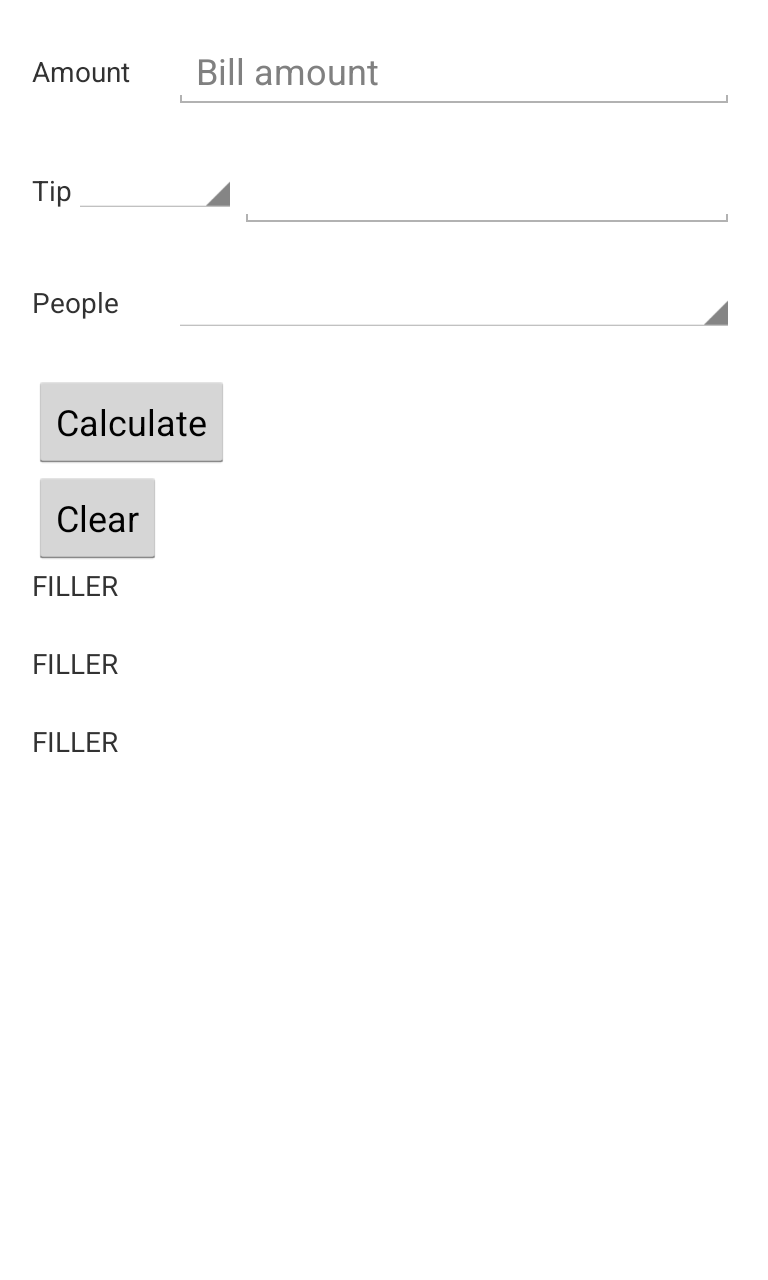
Repository: ericMedeiros93/Android-Dev
Layout: TipSplit/res/layout/activity_main.xml
An editor plug-in stored every save of this project. The layout is shown before and after the next save, followed by the edit.
It is drawn on a 768 x 1280 px phone screen (xhdpi) without system bars, with theme AppTheme; the app's code is not run.

Above is the layout before, as saved 2014-09-12 15:45:02.

### TipSplit/res/layout/activity_main.xml
<LinearLayout xmlns:android="http://schemas.android.com/apk/res/android"
    xmlns:tools="http://schemas.android.com/tools"
    android:layout_width="match_parent"
    android:layout_height="match_parent"
    android:orientation="vertical"
    android:paddingBottom="@dimen/activity_vertical_margin"
    android:paddingLeft="@dimen/activity_horizontal_margin"
    android:paddingRight="@dimen/activity_horizontal_margin"
    android:paddingTop="@dimen/activity_vertical_margin"
    tools:context="com.ericmedeiros.tipsplit.MainActivity" >

    <LinearLayout
        android:layout_width="match_parent"
        android:layout_height="wrap_content"
        android:paddingBottom="20dp" >

        <TextView
            android:layout_width="0dp"
            android:layout_height="wrap_content"
            android:layout_weight="1"
            android:layout_gravity="center_vertical"
            android:text="@string/amount_label" />

        <EditText
            android:id="@+id/bill"
            android:layout_width="0dp"
            android:layout_height="wrap_content"
            android:layout_gravity="right"
            android:layout_weight="4"
            android:hint="@string/amount_hint"
            android:inputType="numberDecimal" />
    </LinearLayout>

    <LinearLayout
        android:layout_width="match_parent"
        android:layout_height="wrap_content"
        android:paddingBottom="20dp" >

        <TextView
            android:layout_width="wrap_content"
            android:layout_height="wrap_content"
            android:layout_gravity="center_vertical"
            android:text="@string/tip_label" />

        <Spinner
            android:id="@+id/tip_amounts"
            android:layout_width="0dp"
            android:layout_height="wrap_content"
            android:layout_gravity="right"
            android:layout_weight="1" />
        <EditText
            android:id="@+id/otherAmount"
            android:layout_width="0dp"
            android:layout_height="wrap_content"
            android:layout_gravity="right"
            android:layout_weight="3"
            android:hint=""
            android:inputType="none" />
    </LinearLayout>

    <LinearLayout
        android:layout_width="match_parent"
        android:layout_height="wrap_content"
            android:layout_gravity="left"
        android:paddingBottom="20dp" >

        <TextView
            android:layout_width="0dp"
            android:layout_height="wrap_content"
            android:layout_weight="1"
            android:layout_gravity="center_vertical"
            android:text="@string/people_label" />

        <Spinner
            android:id="@+id/people_amount"
            android:layout_width="0dp"
            android:layout_height="wrap_content"
            android:layout_gravity="right"
            android:layout_weight="4" />
    </LinearLayout>

    <LinearLayout
        android:layout_width="match_parent"
        android:layout_height="wrap_content"
        android:orientation="vertical">

        <Button
            android:id="@+id/calculate"
            android:layout_width="wrap_content"
            android:layout_height="wrap_content"
            android:text="@string/calculate"
            />

        <Button
            android:id="@+id/clear"
            android:layout_width="wrap_content"
            android:layout_height="wrap_content"
            android:text="@string/clear"
            />

        <TextView
            android:id="@+id/tipTotal"
            android:layout_width="match_parent"
            android:layout_height="wrap_content"
            android:paddingBottom="20dp"
            android:text="FILLER"
            />
        <TextView
            android:id="@+id/total"
            android:layout_width="match_parent"
            android:layout_height="wrap_content"
            android:paddingBottom="20dp"
            android:text="FILLER"
            />
        <TextView
            android:id="@+id/split"
            android:layout_width="match_parent"
            android:layout_height="wrap_content"
            android:text="FILLER"
            />
    </LinearLayout>

</LinearLayout>

### TipSplit/res/values/strings.xml
<?xml version="1.0" encoding="utf-8"?>
<resources>

    <string name="app_name">TipSplit</string>
    <string name="hello_world">Hello world!</string>
    <string name="action_settings">Settings</string>
    <string name="tip_label">Tip</string>
    <string name="amount_label">Amount</string>
    <string name="amount_hint">Bill amount</string>
    <string name="people_label">People</string>
    <string name="calculate">Calculate</string>
    <string name="clear">Clear</string>

    <string-array name="tip">
        <item>10%</item>
        <item>15%</item>
        <item>20%</item>
        <item>Other</item>
    </string-array>

    <string-array name="people">
        <item>1</item>
        <item>2</item>
        <item>3</item>
        <item>4</item>
        <item>5</item>
        <item>6</item>
        <item>7</item>
        <item>8</item>
        <item>9</item>
        <item>10</item>
    </string-array>

</resources>

Loaded but not shown: TipSplit/res/values/styles.xml (common file); TipSplit/res/values-v11/styles.xml (common file); TipSplit/res/values-v14/styles.xml (common file); TipSplit/res/values/dimens.xml (common file); TipSplit/res/values-w820dp/dimens.xml (common file)

After the next save:
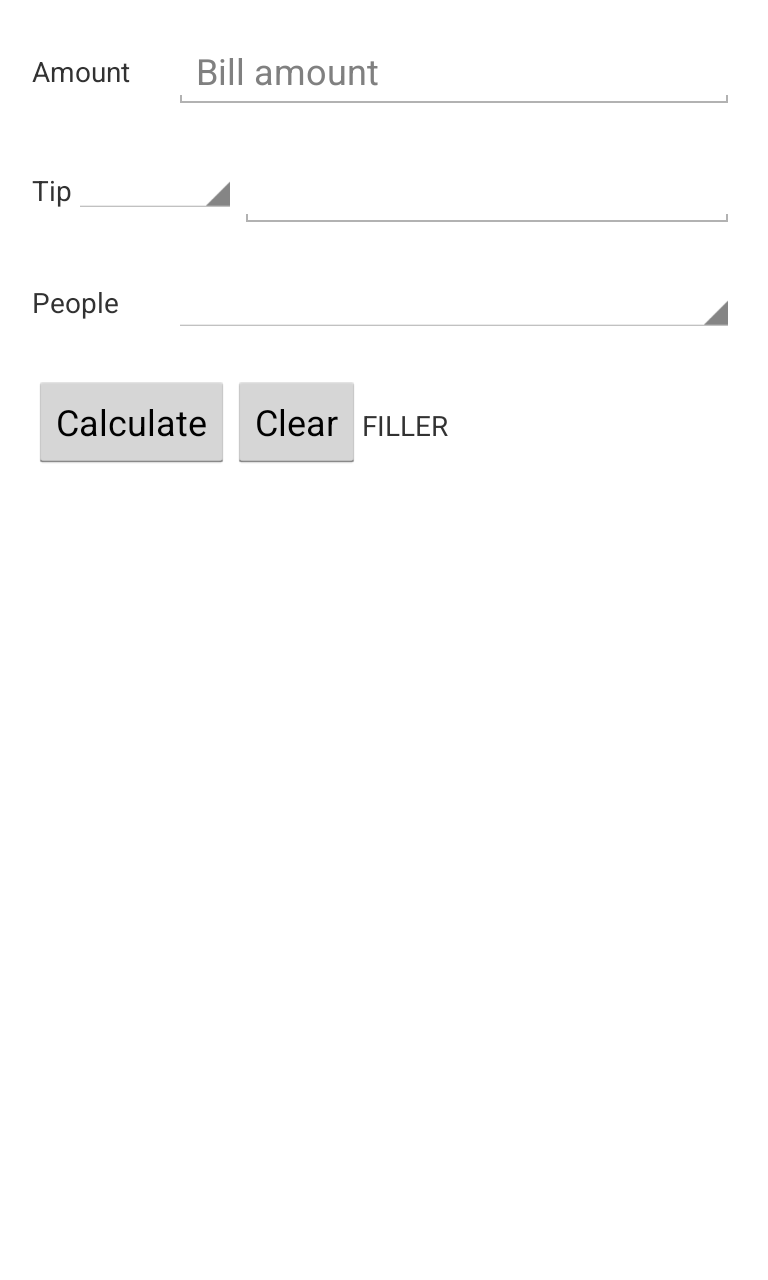
Saved 21 s later.
--- a/TipSplit/res/layout/activity_main.xml
+++ b/TipSplit/res/layout/activity_main.xml
@@ -82,7 +82,7 @@
     <LinearLayout
         android:layout_width="match_parent"
         android:layout_height="wrap_content"
-        android:orientation="vertical">
+        android:orientation="horizontal">
 
         <Button
             android:id="@+id/calculate"

After the save that followed:
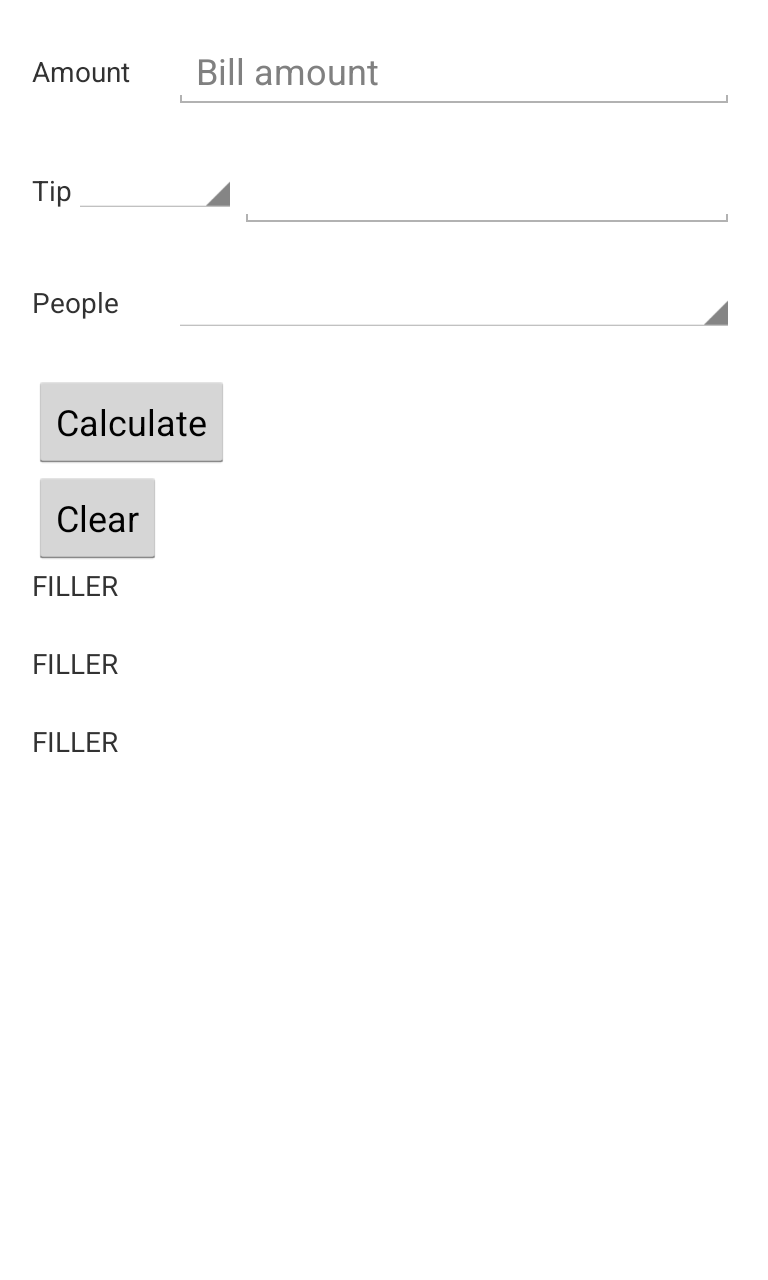
Saved 23 s later.
--- a/TipSplit/res/layout/activity_main.xml
+++ b/TipSplit/res/layout/activity_main.xml
@@ -82,7 +82,7 @@
     <LinearLayout
         android:layout_width="match_parent"
         android:layout_height="wrap_content"
-        android:orientation="horizontal">
+        android:orientation="vertical">
 
         <Button
             android:id="@+id/calculate"
@@ -97,6 +97,11 @@
             android:layout_height="wrap_content"
             android:text="@string/clear"
             />
+
+        <LinearLayout
+        android:layout_width="match_parent"
+        android:layout_height="wrap_content"
+        android:orientation="vertical">
 
         <TextView
             android:id="@+id/tipTotal"
